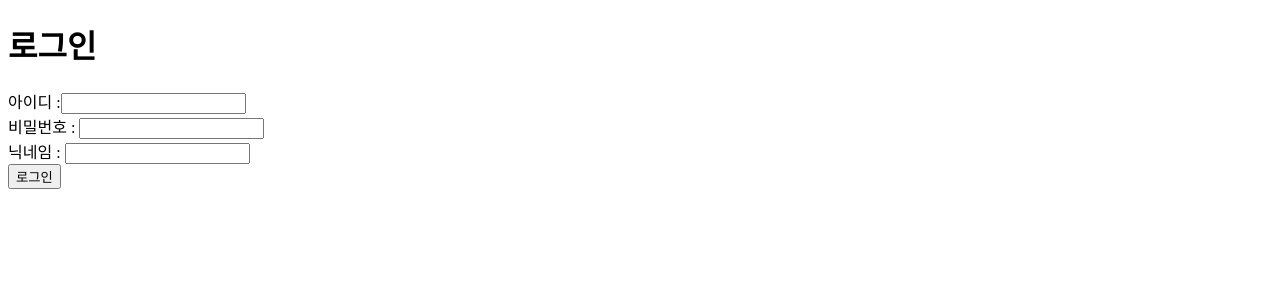
Repository: eun-chongzzz/jsp_practice
Page: http://localhost/JSPBasic/jspObject/5.session/session_login.jsp
The author's editor kept a copy of each file at every save. The page is drawn from the files as they stood at one save, then again after the next save.
The browser window is 1280 px wide. The pictures show the whole page.
The page is served by Tomcat 9.

Above is the page before, as saved 2022-02-08 02:47:46.

After the next save:
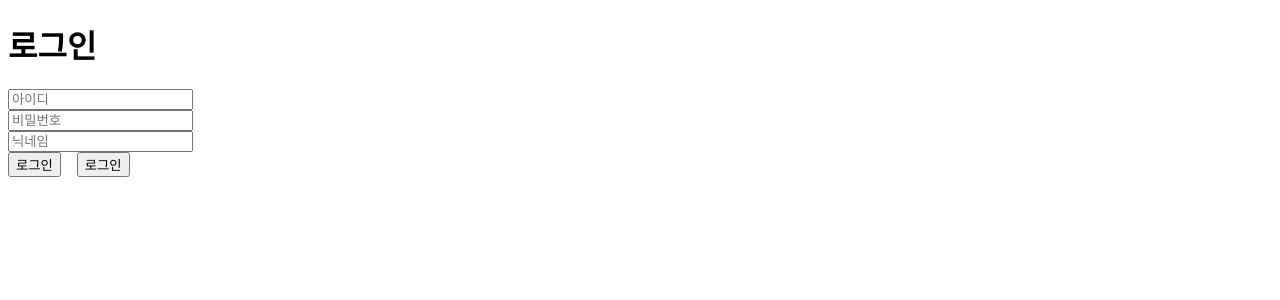
Saved 23 min 2 s later.
--- a/JSPBasic/src/main/webapp/jspObject/5.session/session_login.jsp
+++ b/JSPBasic/src/main/webapp/jspObject/5.session/session_login.jsp
@@ -9,9 +9,10 @@
 <body>
 	<h1>로그인</h1>
 	<form action="session_login_check.jsp" method="post">
-		아이디 :<input type="text" name="id"><br>
-		비밀번호 : <input type="password" name="pw"><br>
-		닉네임 : <input type="text" name="nickname"><br>
+		<input type="text" name="id" placeholder="아이디"><br>
+		<input type="password" name="pw" placeholder="비밀번호"><br>
+		<input type="text" name="nickname" placeholder="닉네임"><br>
+		<input type="submit" value="로그인">&nbsp;&nbsp;&nbsp;
 		<input type="submit" value="로그인">
 	</form>
 </body>
